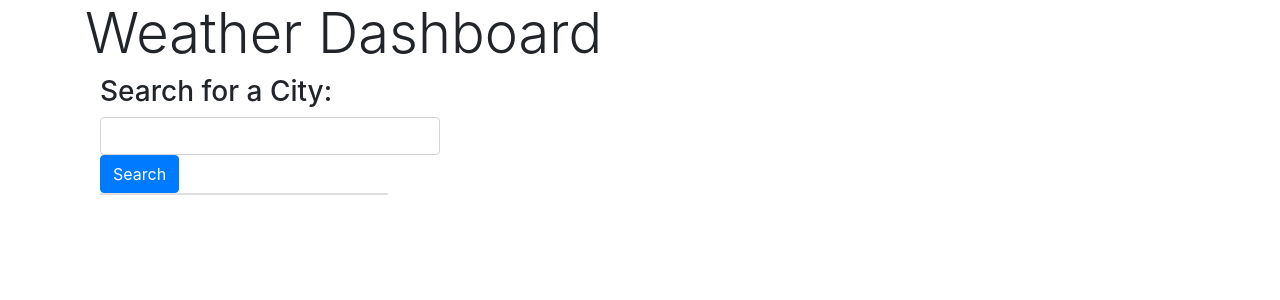
Repository: LaBrewT2/weather-dashboard
Page: index.html
The author's editor kept a copy of each file at every save. The page is drawn from the files as they stood at one save, then again after the next save.
The browser window is 1280 px wide. The pictures show the whole page.
Some web libraries are served in a nearby version.

Above is the page before, as saved 2021-01-03 19:23:46.

### index.html
<!DOCTYPE html>
<html lang="en">

<head>
  <meta charset="UTF-8">
  <meta name="viewport" content="width=device-width, initial-scale=1.0">
  <title>Weather Dashboard</title>

<!-- JQuery library -->
<script src="https://cdnjs.cloudflare.com/ajax/libs/jquery/3.2.1/jquery.min.js"></script>
<script src="https://cdnjs.cloudflare.com/ajax/libs/moment.js/2.24.0/moment.min.js"></script>
<!-- Bootstrap CSS-->
<link rel="stylesheet" href="https://maxcdn.bootstrapcdn.com/bootstrap/4.0.0/css/bootstrap.min.css">
</head>

<body>
<!--Page Header -->
<div class="jumbotron-fluid">
  <div class="container">
    <h1 class="display-4">Weather Dashboard </h1>
  </div>
</div>

<!-- Page main container with rows -->
<div id ="maincontainer" class="container">
  <div class="col-4" id = "searchBlock">


    <h3>Search for a City:</h3>
    <span id="error"></span>
    <input type="text" class="form-control" id="city" aria-describedby="basic-addon3">
    <input class="btn btn-primary" id="search" type="submit" value="Search">

    <div id="list-group" class="card" style="width: 18rem;"></div>



  </div>
</div>


</body>
<script src= /script.js></script>
</html>

### script.js
$(document).ready(function(){

    $('#search').click(function(){

      var city = $("#city").val();

      if(city != ''){

        $.ajax({
              //API Call
              url: 'https://api.openweathermap.org/data/2.5/weather?q=' + city + "&units=imperial" + "&APPID=667a7ad2f064b0cc35a232f16bab9c8d",
              type: "GET",
              dataType: "jsonp",
              success: function(data){
                console.log(data);

                var widget  = show(data);

                $("#show").html(widget);
                $("#city").val('');
              }

        })

      }else{
        $("#error").html('Field cannot be empty')
      }

    });
});
//API Data
function show(data){
  return "<h3><strong>Weather</strong>: "+ data.weather[0].main + "</h3>" +
  "<h3><strong>Weather</strong>: "+ data.weather[0].description + "</h3>" +
  "<h3><strong>Temperature</strong>: "+ data.main.temp + "</h3>" +
  "<h3><strong>Pressure</strong>: "+ data.main.pressure + "</h3>" +
  "<h3><strong>Humidity</strong>: "+ data.main.humidity + "</h3>" +
  "<h3><strong>Min. Temperature</strong>: "+ data.main.temp_min + "</h3>" +
  "<h3><strong>Max. Temperature</strong>: "+ data.main.temp_max + "</h3>" +
  "<h3><strong>Wind Speed</strong>: "+ data.wind.speed + "</h3>" +
  "<h3><strong>Wind Direction</strong>: "+ data.wind.direction + "</h3>"  ;

}

After the next save:
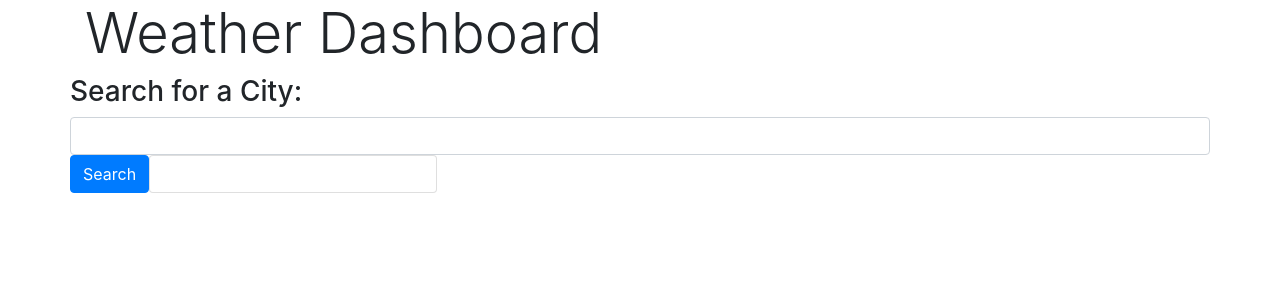
Saved 11 min 9 s later.
--- a/index.html
+++ b/index.html
@@ -23,7 +23,7 @@
 
 <!-- Page main container with rows -->
 <div id ="maincontainer" class="container">
-  <div class="col-4" id = "searchBlock">
+  <div class="row" id = "searchBlock">
 
 
     <h3>Search for a City:</h3>

After the save that followed:
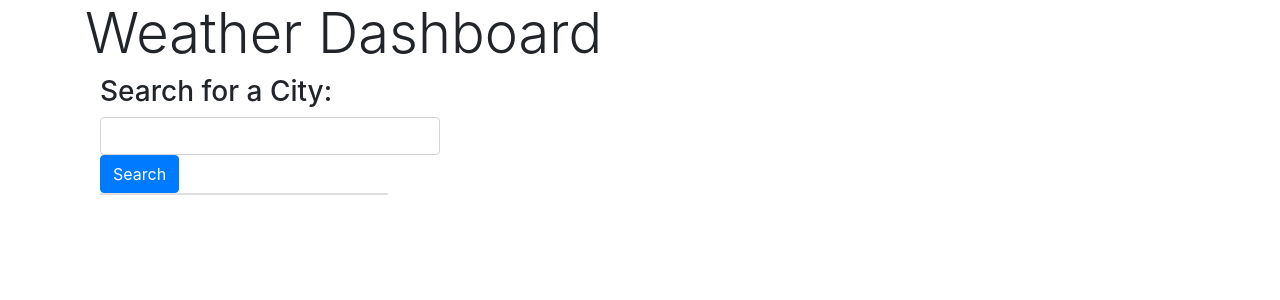
Saved 12 s later.
--- a/index.html
+++ b/index.html
@@ -23,7 +23,7 @@
 
 <!-- Page main container with rows -->
 <div id ="maincontainer" class="container">
-  <div class="row" id = "searchBlock">
+  <div class="col-4" id = "searchBlock">
 
 
     <h3>Search for a City:</h3>
